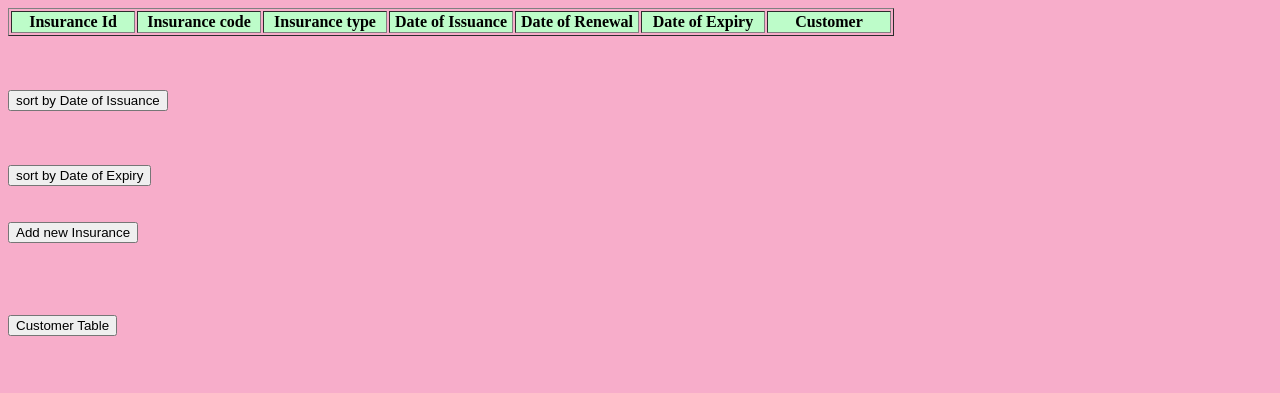
Repository: ankitasha/HomeProject
Page: http://localhost/insurance/WEB-INF/views/allinsurance.jsp
The author's editor kept a copy of each file at every save. The page is drawn from the files as they stood at one save, then again after the next save.
The browser window is 1280 px wide. The pictures show the whole page.
The page is served by Tomcat 9. Nobody is signed in. The template is opened directly, without the code that normally fills it, so the values that code supplies are empty.

Above is the page before, as saved 2017-05-05 12:51:03.

After the next save:
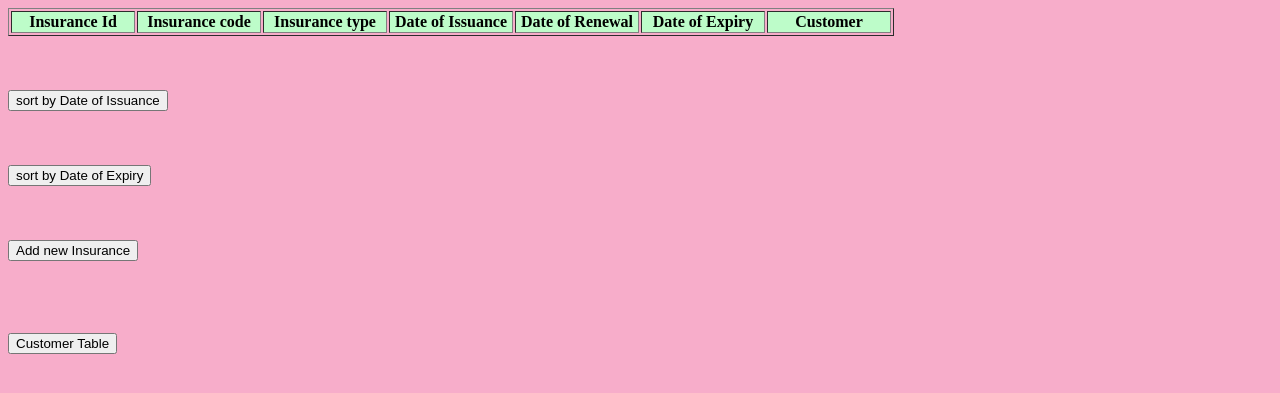
Saved 7 min 31 s later.
--- a/insurance/src/main/webapp/WEB-INF/views/allinsurance.jsp
+++ b/insurance/src/main/webapp/WEB-INF/views/allinsurance.jsp
@@ -76,6 +76,7 @@
     <br>
     <form method="get" action="sortInsuranceByDateOfExpiry">
     	<button id="sortInsuranceByDateOfExpiry" type="submit">sort by Date of Expiry</button>
+    	</form>
     <br>
     <br>
     <br>
